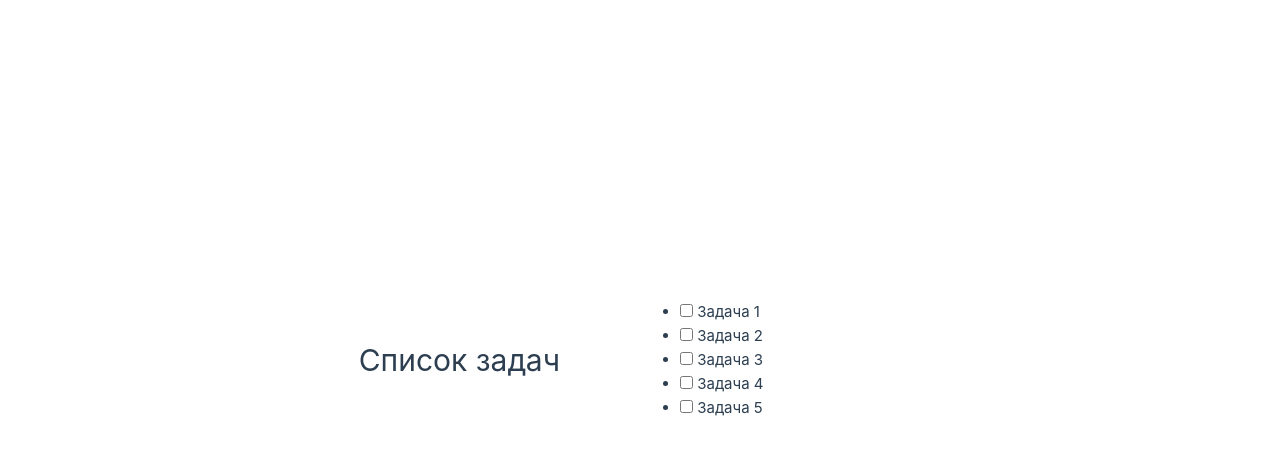
Repository: Pharaoh5/test-assignment7-vue
Page: /
The author's editor kept a copy of each file at every save. The page is drawn from the files as they stood at one save, then again after the next save.
The browser window is 1280 px wide. The pictures show the whole page.
The project was rebuilt for these pictures with package versions that can differ from the ones it lists, and the page was loaded fresh each time. Also part of the build but not shown: vite.config.js.

Above is the page before, as saved 2025-04-10 18:24:05.

### src/App.vue
<script setup>
import { reactive, onMounted, watch } from "vue";

  const loadData = async () => {
    try {
      const response  = await fetch("/data/tasks.json")
      const data = await response.json()
      console.log(data)
      return data
    } catch (error) {
      console.error("Ошибка загрузки данных", error);
      return [];
    }
  }

    // Инициализация данных
  const data = reactive({
    tasks: []
  });

    // Функция для сохранения данных в localStorage
  const saveDataToLocalStorage = (data) => {
    localStorage.setItem("tasks", JSON.stringify(data));
  };

    // Загрузка данных при монтировании компонента
  onMounted(async () => {
    let tasks = JSON.parse(localStorage.getItem("tasks"));

    if (!tasks) {
      // Если нет данных в localStorage, загружаем из файла
      tasks = await loadData();
    }

    // Сохраняем в state и localStorage
    data.tasks = tasks;
    saveDataToLocalStorage(tasks);
  });

    // Следим за изменениями задач и обновляем localStorage
  watch(
    () => data.tasks,
    (newTasks) => {
      localStorage.setItem('tasks', JSON.stringify(newTasks));
    },
    { deep: true }
  );
</script>

<template>
  <header>
    <h1>Список задач</h1>
  </header>

  <main>
    <div class="wrapper">
      <ul>
        <li v-for="item in data.tasks" :key="item.id">
          <label>
            <input type="checkbox" v-model="item.done" />
            {{ item.title }}
          </label>
        </li>
      </ul>
    </div>
  </main>
</template>

<style scoped>
header {
  line-height: 1.5;
}

@media (min-width: 1024px) {
  header {
    display: flex;
    place-items: center;
    padding-right: calc(var(--section-gap) / 2);
  }

  header .wrapper {
    display: flex;
    place-items: flex-start;
    flex-wrap: wrap;
    color: white;
  }
}
</style>

### public/data/tasks.json
[
    { "id": 1, "title": "Задача 1", "done": false },
    { "id": 2, "title": "Задача 2", "done": false },
    { "id": 3, "title": "Задача 3", "done": false },
    { "id": 4, "title": "Задача 4", "done": false },
    { "id": 5, "title": "Задача 5", "done": false }
  ]

Loaded but not shown: index.html (common file); src/main.js (common file); src/assets/main.css (common file); src/assets/base.css (common file)

After the next save:
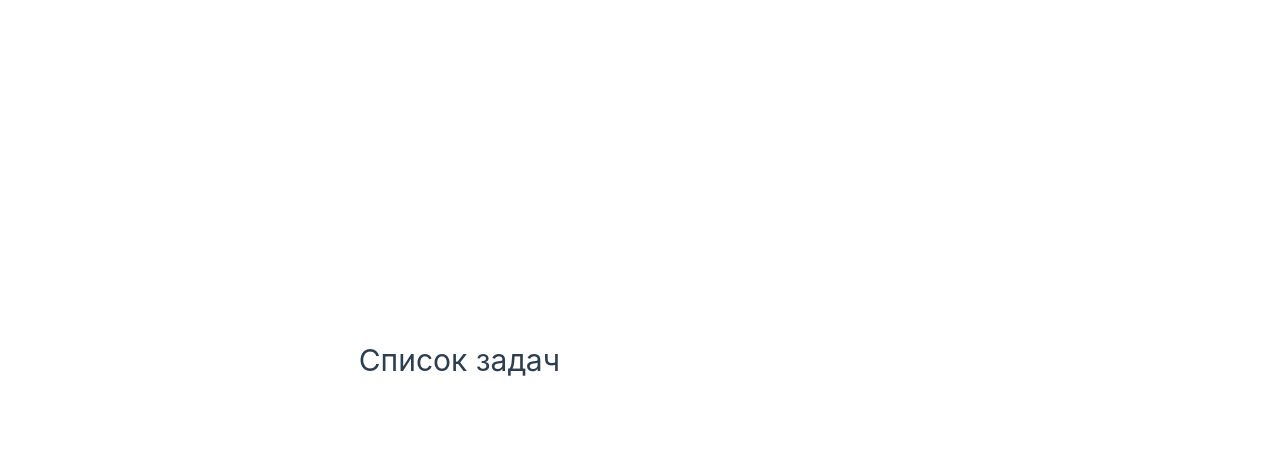
Not found: assets/data/tasks.json
Saved 2 min 50 s later.
--- a/src/App.vue
+++ b/src/App.vue
@@ -3,7 +3,7 @@
 
   const loadData = async () => {
     try {
-      const response  = await fetch("/data/tasks.json")
+      const response  = await fetch("/assets/data/tasks.json")
       const data = await response.json()
       console.log(data)
       return data

After the save that followed:
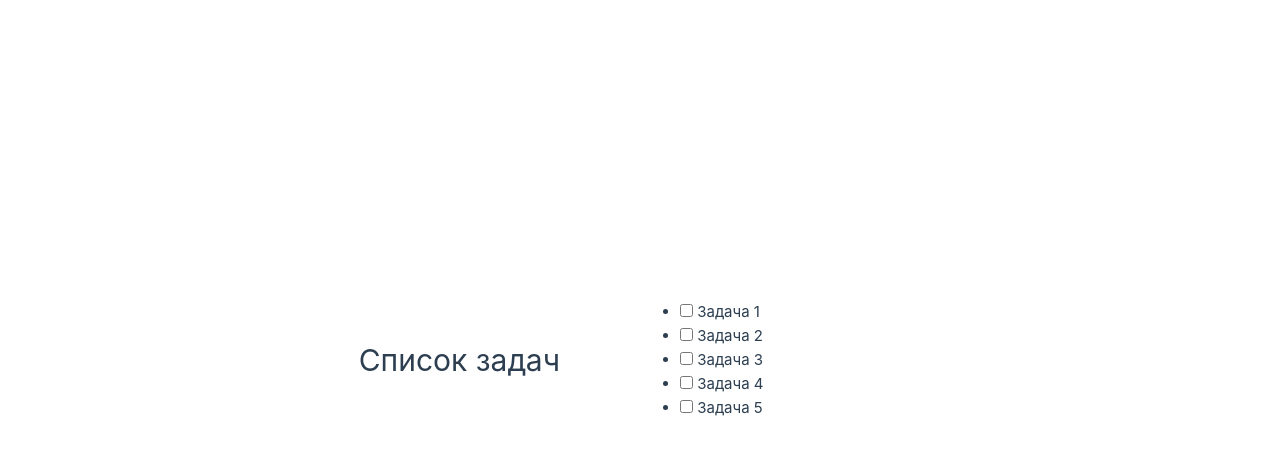
Saved 52 s later.
--- a/src/App.vue
+++ b/src/App.vue
@@ -3,7 +3,7 @@
 
   const loadData = async () => {
     try {
-      const response  = await fetch("/assets/data/tasks.json")
+      const response  = await fetch("/data/tasks.json")
       const data = await response.json()
       console.log(data)
       return data
